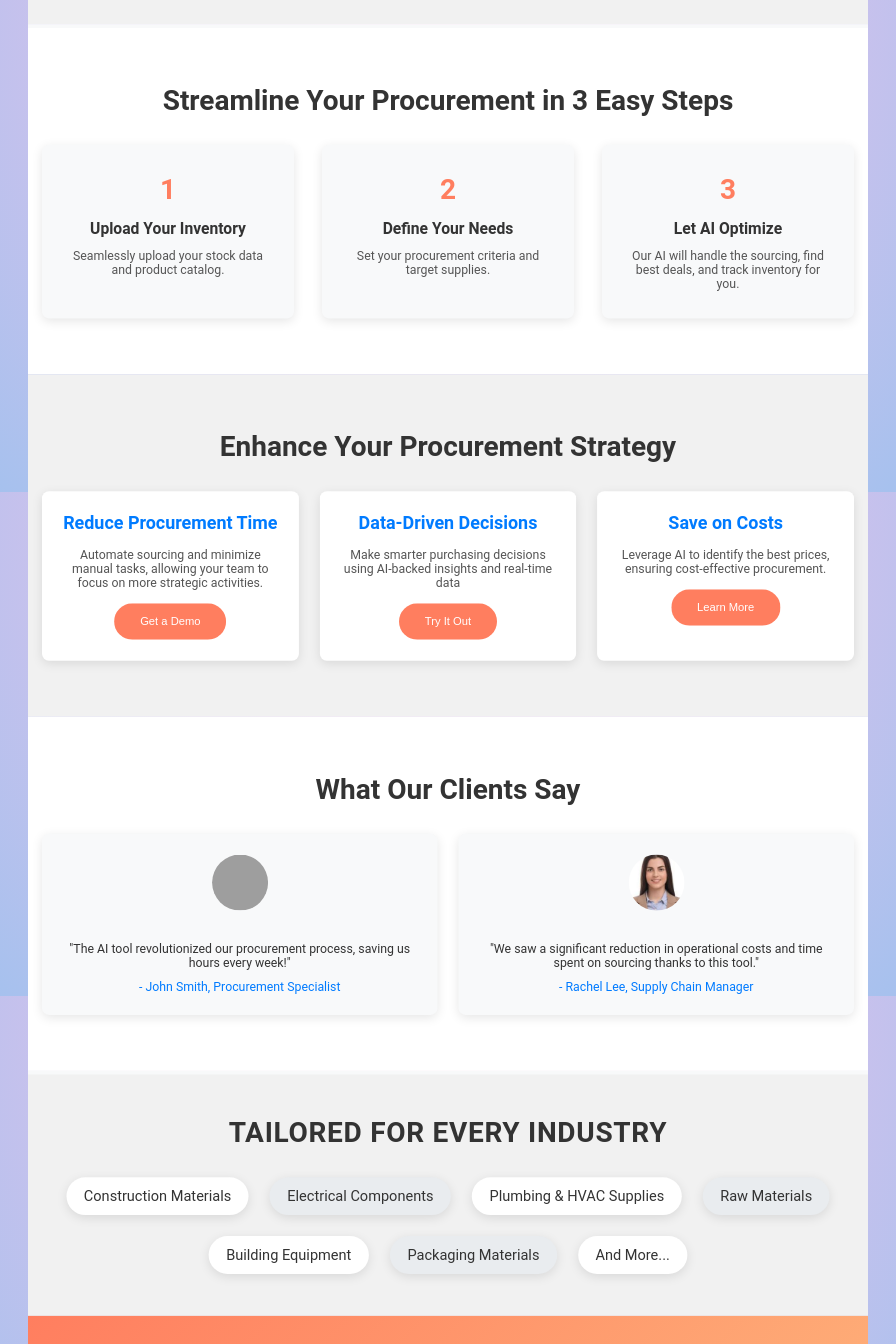
Repository: aabhashbasnet/SSNCorporation
Page: /who-we-serve/suppliers
An editor plug-in stored every save of this project. The page is shown before and after the next save, followed by the edit.
The browser window is 1280 px wide. The pictures show the part of the page from y = 737 to 2657 px (the page is 2902 px tall before and 2813 px after), at 70% of full size.
Pictures or frames that could not be fetched are drawn as grey boxes. The project was rebuilt for these pictures with package versions that can differ from the ones it lists, and the page was loaded fresh each time. Also part of the build but not shown: src/components/Main/Main.jsx, src/components/Working/Working.css, src/components/Working/Working.jsx, src/components/Footer/Footer.jsx, src/pages/OurMission/OurMission.jsx, src/pages/LoginSignUp/LoginSignUp.css, src/pages/LoginSignUp/LoginSignUp.jsx, src/pages/Industries/Industries.jsx and 8 more.

Above is the page before, as saved 2025-02-11 13:46:24.

### src/index.css
/* index.css or App.css */
body {
  margin: 0;
  padding: 0;
  font-family: 'Poppins', sans-serif; /* Optional: Add modern typography */
  /* background: linear-gradient(to bottom, #0a192f, #162447); */
  /* background: linear-gradient(to bottom, #0a192f, #004aad); */
  /* background: radial-gradient(circle at top, #00c6ff, #0072ff, #0a192f);
  background: radial-gradient(circle at top, #ff7e5f, #feb47b, #f4f4f4);
  background: radial-gradient(circle at top, #6a11cb, #2575fc);
  background: radial-gradient(circle at top, #ff416c, #ff4b2b); */
  background: radial-gradient(circle at top, #fbc2eb, #a6c1ee);
  /* color: white; Ensures text is readable */
  min-height: 100vh;
}

### src/App.css
.app-container {
  min-height: 100vh;
  display: flex;
  flex-direction: column;
  background-size: cover;
  background-position: center;
}

### src/components/Main/Main.css
/* Ensure the main content takes up the remaining spaces */
html, body {
  height: 100%;
  margin: 0;
}

/* Main content styling */
.main-content {
  padding: 50px 20px;
  text-align: center; /* Center align the content */
  min-height: calc(100vh - 80px); /* Adjust height to fill the remaining space after navbar */
  display: flex;
  flex-direction: column;
  justify-content: center;
  align-items: center; /* Ensure content is centered horizontally */
}

/* Headline styling */
.headline {
  font-family: Verdana, Geneva, Tahoma, sans-serif;
  font-size: 72px; /* Increased font size */
  font-weight: bold;
  color: #333; /* Dark color for readability */
  margin-bottom: 20px;
  line-height: 1.2;
  white-space: normal; /* Allow line breaks */
  display: inline-block; /* Make it an inline-block element */
  max-width: 90%; /* Set a max-width for better control */
}

/* Description styling */
.description {
  font-size: 18px;
  font-weight: bolder;
  color: white; /* Slightly lighter color */
  max-width: 800px; /* Set max-width to avoid overly long lines */
  margin: 0 auto; /* Center align */
  line-height: 1.6;
}

.instant {
  color: red;
}

/* Button container styling */
.button-container {
  display: flex;
  gap: 20px; /* Add space between buttons */
  justify-content: center;
  margin-top: 20px;
  flex-wrap: wrap; /* Ensure buttons wrap on small screens */
  align-items: center; /* Center the buttons */
}

/* Button base styling */
.button {
  padding: 12px 30px;
  font-size: 16px;
  font-weight: bold;
  border: none;
  border-radius: 5px;
  cursor: pointer;
  transition: transform 0.3s ease, background-color 0.3s ease;
  display: inline-block;
}

/* Default button styling (for both buttons) */
.button:hover {
  transform: translateY(-3px);
}

/* "Get Started" button styling */
.button.primary {
  background-color: #007bff; /* Blue color */
  color: white;
  font-size: larger;
}

.button.primary:hover {
  background-color: #0056b3; /* Darker blue on hover */
}

/* "Connect with Us" button styling */
.button.connect {
  background-color: #28a745; /* Green color */
  color: white;
}

.button.connect:hover {
  background-color: #218838; /* Darker green on hover */
}

/* Add some responsive styling */
@media (max-width: 768px) {
  .headline {
    font-size: 48px; /* Adjust the headline font size on mobile */
  }

  .description {
    font-size: 16px; /* Adjust description font size on mobile */
    padding: 0 20px; /* Add padding on sides for better readability */
  }

  .button-container {
    flex-direction: column; /* Stack buttons on mobile */
    align-items: center; /* Center align the buttons */
  }

  .button {
    width: 100%; /* Make buttons full width on small screens */
    max-width: 300px; /* Set a maximum width for buttons */
    margin: 10px 0; /* Add margin for space between buttons */
  }
}

### src/components/Footer/Footer.css
.footer {
    background-color: #333;
    background: #2c3e50; /* Dark blue/gray */
    background: radial-gradient(circle at top, #333, #555);
    background: radial-gradient(circle at top, #4b0082, #2c003e);
    background: radial-gradient(circle at top, #2a2a2a, #3b3b3b);
    background: radial-gradient(circle at top, #2a2a2a, #4e4e4e);

    color: white;
    padding: 30px;
  }

  .footer-content {
    display: flex;
    flex-wrap: wrap;
    justify-content: space-around;
    max-width: 1200px;
    margin: 0 auto;
  }

  .footer-section {
    flex: 1 1 30%;
    margin-bottom: 20px;
    text-align: center;
  }

  .logo {
    width: 120px;
    height: auto;
    margin-bottom: 15px;
  }

  .social-links {
    display: flex;
    justify-content: center; /* Center social icons */
    gap: 20px;
  }

  .social-icon {
    font-size: 28px;
    color: white;
    transition: color 0.3s ease;
  }

  .social-icon:hover {
    color: #0e76a8;
  }


  .footer-section h4 {
    font-size: 1.5rem; /* Use rem for scalable font sizes */
    font-weight: bold;
    margin-bottom: 10px;
    color: rgb(11, 240, 11);
    text-transform: uppercase;
  }
  .footer-nav {
    list-style: none;
    padding: 0;
    margin: 0;
  }

  .footer-nav li {
    margin-bottom: 10px;
  }

  .footer-nav a {
    font-size: 1rem;
    color: hsl(0, 0%, 100%);
    text-decoration: none;
    transition: color 0.3s ease;
  }

  .footer-nav a:hover {
    color: #0e76a8;
  }

  .newsletter {
    display: flex;
    flex-direction: column; /* Stack input and button */
    align-items: center; /* Center content horizontally */
  }

  .email-input {
    padding: 10px;
    border: 1px solid #fff;
    border-radius: 5px;
    width: 80%; /* Make input responsive */
    margin-bottom: 10px;
    background-color: #444;
    color: white;
  }

  .subscribe-button {
    padding: 10px 20px;
    background-color: #d31b1b;
    color: white;
    border: none;
    border-radius: 5px;
    cursor: pointer;
    transition: background-color 0.3s ease;
    width: 80%; /* Make button responsive */
  }

  .subscribe-button:hover {
    background-color: #b91b1b;
  }

  @media screen and (max-width: 768px) {
    .footer-section {
      flex: 1 1 100%; /* Each section takes full width on mobile */
      margin-bottom: 20px; /* Add space between sections */
    }

    .newsletter {
      flex-direction: column; /* Stack input and button vertically */
      align-items: center; /* Center the content horizontally */
    }

    .email-input,
    .subscribe-button {
      width: 100%; /* Full width input and button */
    }

    .footer-nav li {
      margin-bottom: 5px; /* Reduce margin between links */
    }
  }

### src/pages/Industries/Industries.css
/* Import Poppins font */
@import url('https://fonts.googleapis.com/css2?family=Poppins:wght@700&display=swap');

.industries-container {
  padding: 5rem 1rem;
}

.industries-title {
  font-family: Arial, Helvetica, sans-serif;
  text-align: center;
  font-size: 2.9rem;
  color: #1f2937;
  margin-bottom: 1rem;
  font-weight: 1000;
}

.industries-subtitle {
  text-align: center;
  color: #4b5563;
  font-size: 1.125rem;
  max-width: 800px;
  margin: 0 auto 3rem;
  line-height: 1.6;
}

.industries-grid {
  display: grid;
  gap: 2rem;
  grid-template-columns: 1fr;
}

.industry-card {
  background: white;
  padding: 2.5rem;
  border-radius: 1rem;
  box-shadow: 0 4px 6px -1px rgba(0, 0, 0, 0.1);
  transition: transform 0.3s ease, box-shadow 0.3s ease;
}

.industry-card:hover {
  transform: translateY(-5px);
  box-shadow: 0 10px 15px -3px rgba(0, 0, 0, 0.1);
}

.icon-container {
  width: 60px;
  height: 60px;
  border-radius: 50%;
  display: flex;
  align-items: center;
  justify-content: center;
  margin-bottom: 1.5rem;
}

.industry-icon {
  font-size: 2.5rem;
  color: white;
}

.industry-title {
  color: #1f2937;
  font-size: 1.5rem;
  margin: 1.5rem 0 1rem;
  font-weight: 600;
}

.industry-description {
  color: #4b5563;
  line-height: 1.6;
  margin-bottom: 1.5rem;
}

.learn-more-btn {
  color: #3b82f6;
  text-decoration: none;
  font-weight: 500;
  display: inline-flex;
  align-items: center;
  gap: 0.5rem;
  transition: color 0.3s ease;
}

.learn-more-btn:hover {
  color: #2563eb;
}

@media (min-width: 768px) {
  .industries-grid {
    grid-template-columns: repeat(2, 1fr);
  }
}

@media (min-width: 1024px) {
  .industries-grid {
    grid-template-columns: repeat(4, 1fr);
  }

  .industries-title {
    font-size: 3rem;
  }

  .industries-subtitle {
    font-size: 1.25rem;
  }
}

### src/pages/Industries/FacilitiesMaintainance.css
/* Reset and base styles */
* {
  margin: 0;
  padding: 0;
  box-sizing: border-box;
}

body {
  background-color: #f5f7fa;
}

/* General section styling */
section {
  padding: 4rem 2rem;
  max-width: 1200px;
  margin: 0 auto;
}

/* Overview section */
.overview-section {
  display: flex;
  gap: 3rem;
  align-items: center;
  min-height: 80vh;
  background: linear-gradient(135deg, #e8f4fd 0%, #f5f7fa 100%);
  border-radius: 20px;
  margin: 2rem auto;
}

.overview-text {
  flex: 1;
}

.overview-text h1 {
  font-size: 3rem;
  margin-bottom: 1.5rem;
  color: #2c3e50;
  line-height: 1.2;
  font-weight: 700;
}

.overview-text p {
  font-size: 1.1rem;
  line-height: 1.6;
  color: #5a6c7d;
  margin-bottom: 1.5rem;
}

.overview-image {
  flex: 1;
  position: relative;
}

.overview-image img {
  width: 100%;
  height: auto;
  border-radius: 15px;
  box-shadow: 0 20px 40px rgba(0, 0, 0, 0.1);
}

/* Features and Benefits section */
.features-benefits {
  background: linear-gradient(135deg, #f5f7fa 0%, #e8f4fd 100%);
  text-align: center;
  padding: 5rem 2rem;
  border-radius: 20px;
  margin: 2rem auto;
}

.features-benefits h2 {
  font-size: 2.5rem;
  color: #2c3e50;
  margin-bottom: 3rem;
  font-weight: 700;
}

.feature-card {
  background: rgba(255, 255, 255, 0.9);
  padding: 2rem;
  border-radius: 10px;
  box-shadow: 0 10px 20px rgba(0, 0, 0, 0.05);
  transition: transform 0.3s ease;
  text-align: center;
}

.feature-card:hover {
  transform: translateY(-5px);
  background: rgba(255, 255, 255, 0.95);
  box-shadow: 0 15px 30px rgba(0, 0, 0, 0.1);
}

.feature-card i {
  font-size: 2.5rem;
  margin-bottom: 1rem;
}

.feature-card h3 {
  font-size: 1.5rem;
  color: #2c3e50;
  margin-bottom: 1rem;
  font-weight: 600;
}

.feature-card p {
  color: #5a6c7d;
  line-height: 1.5;
}

/* CTA section */
.cta-section {
  text-align: center;
  background: linear-gradient(135deg, #3498db, #2980b9);
  color: white;
  border-radius: 15px;
  margin: 2rem auto;
  padding: 4rem 2rem;
  box-shadow: 0 15px 30px rgba(41, 128, 185, 0.2);
}

.cta-section h2 {
  font-size: 2.5rem;
  margin-bottom: 1.5rem;
  font-weight: 700;
}

.cta-section p {
  font-size: 1.2rem;
  margin-bottom: 2rem;
  max-width: 600px;
  margin-left: auto;
  margin-right: auto;
  line-height: 1.6;
}

.cta-button {
  display: inline-block;
  padding: 1rem 2rem;
  font-size: 1.2rem;
  font-weight: 600;
  text-decoration: none;
  color: white;
  background: linear-gradient(135deg, #28a745, #218838);
  border-radius: 30px;
  transition: all 0.3s ease;
  cursor: pointer;
  border: 2px solid transparent;
  box-shadow: 0 4px 15px rgba(40, 167, 69, 0.2);
}

.cta-button:hover {
  transform: scale(1.05);
  box-shadow: 0 6px 20px rgba(40, 167, 69, 0.3);
  background: linear-gradient(135deg, #218838, #28a745);
  color: white;
  border-color: rgba(255, 255, 255, 0.2);
}

/* Responsive Design */
@media (max-width: 1024px) {
  .features-grid {
      grid-template-columns: repeat(2, 1fr);
  }
}

@media (max-width: 768px) {
  .overview-section {
      flex-direction: column;
      text-align: center;
  }

  .overview-text h1 {
      font-size: 2.5rem;
  }

  .features-grid {
      grid-template-columns: 1fr;
  }

  .cta-section h2 {
      font-size: 2rem;
  }
}

@media (max-width: 480px) {
  section {
      padding: 2rem 1rem;
  }

  .overview-text h1 {
      font-size: 2rem;
  }

  .features-benefits h2 {
      font-size: 2rem;
  }

  .feature-card {
      margin: 0;
  }

  .cta-button {
      width: 90%;
      max-width: 300px;
  }
}

### src/pages/WhoWeServe/Suppliers.css
/* Supplier Section Styles */
.supplier-section {
  font-family: 'Roboto', sans-serif;
  color: #333;
  margin: 0;
  padding: 0;
  box-sizing: border-box;
}

/* Hero Section */
.supplier-section .hero {
  background: linear-gradient(135deg, #1e3c72, #2a5298);
  color: #fff;
  padding: 100px 20px;
  text-align: center;
  border-bottom: 5px solid #f8f9fa;
}

.supplier-section .hero .hero-content h1 {
  font-size: 3rem;
  font-weight: 700;
  margin-bottom: 20px;
  line-height: 1.2;
}

.supplier-section .hero .hero-content p {
  font-size: 1.2rem;
  margin-bottom: 30px;
  opacity: 0.8;
}

.supplier-section .hero .hero-buttons {
  display: flex;
  justify-content: center;
  gap: 20px;
}

.supplier-section .hero .cta-demo,
.supplier-section .hero .cta-experience {
  background-color: #ff7e5f;
  color: white;
  border: none;
  padding: 15px 40px;
  font-size: 1rem;
  font-weight: 600;
  border-radius: 50px;
  cursor: pointer;
  transition: all 0.3s ease;
  border: 2px solid transparent;
}

.supplier-section .hero .cta-demo:hover,
.supplier-section .hero .cta-experience:hover {
  background-color: #feb47b;
  border: 2px solid #ff7e5f;
}

/* Challenges Section */
.supplier-section .challenges {
  background-color: #f1f1f1;
  padding: 60px 20px;
  text-align: center;
}

.supplier-section .challenges h2 {
  font-size: 2.5rem;
  font-weight: 600;
  color: #333;
  margin-bottom: 30px;
}

.supplier-section .challenges p {
  font-size: 1.15rem;
  color: #555;
  max-width: 800px;
  margin: 0 auto;
}

/* Process Section */
.supplier-section .process {
  padding: 80px 20px;
  background-color: #fff;
  text-align: center;
  border-top: 5px solid #f8f9fa;
}

.supplier-section .process h2 {
  font-size: 2.5rem;
  color: #333;
  margin-bottom: 40px;
  font-weight: 600;
}

.supplier-section .process .steps {
  display: grid;
  grid-template-columns: repeat(auto-fill, minmax(280px, 1fr));
  gap: 40px;
  justify-items: center;
}

.supplier-section .process .step {
  background-color: #f8f9fa;
  padding: 40px;
  border-radius: 10px;
  box-shadow: 0 4px 15px rgba(0, 0, 0, 0.1);
  text-align: center;
  transition: transform 0.3s ease, box-shadow 0.3s ease;
}

.supplier-section .process .step:hover {
  transform: translateY(-10px);
  box-shadow: 0 6px 20px rgba(0, 0, 0, 0.1);
}

.supplier-section .process .step-number {
  font-size: 2.5rem;
  font-weight: bold;
  color: #ff7e5f;
  margin-bottom: 20px;
}

.supplier-section .process .step h3 {
  font-size: 1.4rem;
  color: #333;
  margin-bottom: 15px;
}

.supplier-section .process .step p {
  font-size: 1.1rem;
  color: #555;
}

/* Benefits Section */
.supplier-section .benefits {
  padding: 80px 20px;
  background-color: #f1f1f1;
  text-align: center;
}

.supplier-section .benefits h2 {
  font-size: 2.5rem;
  color: #333;
  margin-bottom: 40px;
  font-weight: 600;
}

.supplier-section .benefits .benefit-container {
  display: grid;
  grid-template-columns: repeat(auto-fill, minmax(280px, 1fr));
  gap: 30px;
}

.supplier-section .benefits .benefit {
  background-color: #fff;
  padding: 30px;
  border-radius: 10px;
  box-shadow: 0 4px 15px rgba(0, 0, 0, 0.1);
  text-align: center;
  transition: transform 0.3s ease, box-shadow 0.3s ease;
}

.supplier-section .benefits .benefit:hover {
  transform: translateY(-10px);
  box-shadow: 0 6px 20px rgba(0, 0, 0, 0.1);
}

.supplier-section .benefits .benefit h3 {
  font-size: 1.6rem;
  color: #007bff;
  margin-bottom: 20px;
}

.supplier-section .benefits .benefit p {
  font-size: 1.1rem;
  color: #555;
  margin-bottom: 20px;
}

.supplier-section .benefits .cta-demo {
  background-color: #ff7e5f;
  color: white;
  padding: 15px 35px;
  font-size: 1rem;
  border-radius: 50px;
  cursor: pointer;
  border: 2px solid transparent;
  transition: all 0.3s ease;
}

.supplier-section .benefits .cta-demo:hover {
  background-color: #feb47b;
  border: 2px solid #ff7e5f;
}

/* Testimonials Section */
.supplier-section .testimonials {
  padding: 80px 20px;
  background-color: #fff;
  text-align: center;
}

.supplier-section .testimonials h2 {
  font-size: 2.5rem;
  font-weight: 600;
  color: #333;
  margin-bottom: 40px;
}

.supplier-section .testimonials .testimonial-container {
  display: flex;
  justify-content: space-between;
  gap: 30px;
  flex-wrap: wrap;
}

.supplier-section .testimonials .testimonial {
  background-color: #f8f9fa;
  padding: 30px;
  border-radius: 10px;
  box-shadow: 0 4px 15px rgba(0, 0, 0, 0.1);
  flex: 1 1 45%;
  text-align: center;
  transition: transform 0.3s ease, box-shadow 0.3s ease;
}

.supplier-section .testimonials .testimonial:hover {
  transform: translateY(-10px);
  box-shadow: 0 6px 20px rgba(0, 0, 0, 0.1);
}

.supplier-section .testimonials .testimonial-image-container {
  margin-bottom: 20px;
}

.supplier-section .testimonials .testimonial-image {
  width: 80px;
  height: 80px;
  border-radius: 50%;
  object-fit: cover;
  margin-bottom: 20px;
}

.supplier-section .testimonials p {
  font-size: 1.1rem;
  color: #333;
  margin-bottom: 15px;
}

.supplier-section .testimonials span {
  font-size: 1.1rem;
  color: #007bff;
}

/* Categories Section */
/* Categories Section */
.supplier-section .categories {
  padding: 60px 20px;
  background-color: #f1f1f1;
  text-align: center;
  border-top: 5px solid #f8f9fa;
}

.supplier-section .categories h2 {
  font-size: 2.5rem;
  color: #333;
  margin-bottom: 40px;
  font-weight: 600;
  text-transform: uppercase;
  letter-spacing: 1px;
}

.supplier-section .categories ul {
  list-style-type: none;
  padding: 0;
  display: flex;
  flex-wrap: wrap;
  justify-content: center;
  gap: 30px;
}

.supplier-section .categories ul li {
  font-size: 1.3rem;
  color: #333;
  background-color: #fff;
  padding: 15px 25px;
  border-radius: 30px;
  box-shadow: 0 4px 15px rgba(0, 0, 0, 0.1);
  transition: transform 0.3s ease, box-shadow 0.3s ease;
}

.supplier-section .categories ul li:hover {
  transform: translateY(-10px);
  box-shadow: 0 6px 20px rgba(0, 0, 0, 0.1);
  background-color: #ff7e5f;
  color: white;
}

.supplier-section .categories ul li:nth-child(even) {
  background-color: #e9ecef;
}

.supplier-section .categories ul li:nth-child(odd) {
  background-color: #fff;
}

.supplier-section .categories ul li:hover {
  background-color: #feb47b;
}
/* Final CTA Section */
.supplier-section .cta-final {
  padding: 80px 20px;
  text-align: center;
  background: linear-gradient(135deg, #ff7e5f, #feb47b);
  color: white;
}

.supplier-section .cta-final h2 {
  font-size: 2.5rem;
  font-weight: 600;
  margin-bottom: 30px;
}

.supplier-section .cta-final .cta-buttons {
  display: flex;
  justify-content: center;
  gap: 20px;
}

.supplier-section .cta-final .cta-demo,
.supplier-section .cta-final .cta-free {
  background-color: #007bff;
  color: white;
  border: none;
  padding: 15px 35px;
  font-size: 1rem;
  border-radius: 50px;
  cursor: pointer;
  transition: all 0.3s ease;
}

.supplier-section .cta-final .cta-demo:hover,
.supplier-section .cta-final .cta-free:hover {
  background-color: #0056b3;
}

Loaded but not shown: public/index.html (common file); src/index.js (common file); src/reportWebVitals.js (common file); src/App.js (63 lines, source omitted); src/components/FloatingChatButton/FloatingChatButton.jsx (177 lines, source omitted); src/components/FloatingChatButton/FloatingChatButton.css (285 lines, source omitted); src/components/Navbar/Navbar.jsx (138 lines, source omitted); src/pages/WhoWeServe/Suppliers.jsx (136 lines, source omitted); src/components/Navbar/Navbar.css (231 lines, source omitted); src/pages/Industries/Paving.css (214 lines, source omitted); src/pages/Industries/Landscaping.css (213 lines, source omitted); src/pages/OurMission/OurMission.css (228 lines, source omitted); src/pages/Industries/GeneralConstruction.css (205 lines, source omitted); src/pages/WhoWeServe/Contractors.jsx (no stored copy; drawn as an empty file); src/pages/WhoWeServe/SubContractors.jsx (no stored copy; drawn as an empty file)

After the next save:
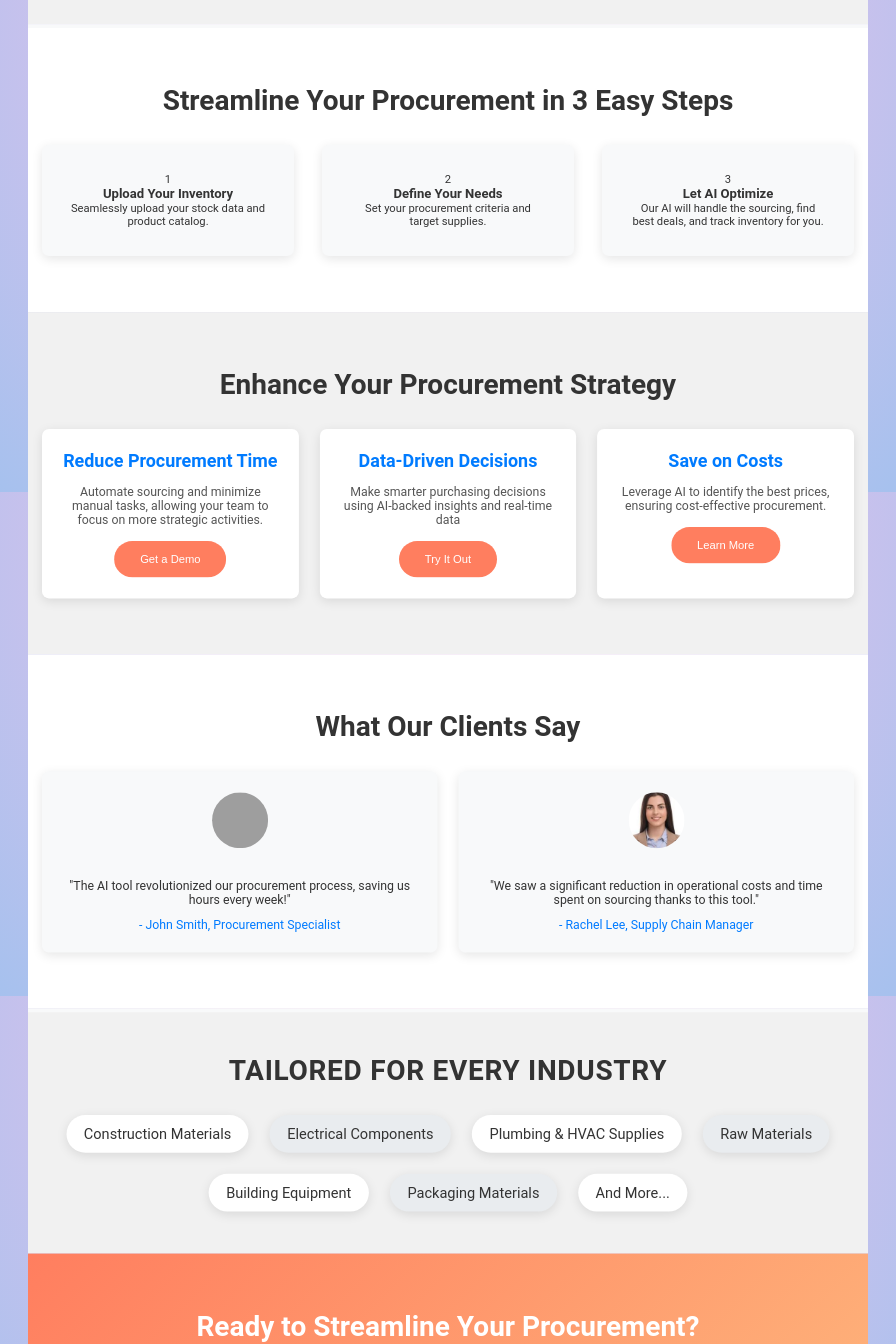
Saved 76 s later.
--- a/src/pages/WhoWeServe/Suppliers.css
+++ b/src/pages/WhoWeServe/Suppliers.css
@@ -14,6 +14,7 @@
   padding: 100px 20px;
   text-align: center;
   border-bottom: 5px solid #f8f9fa;
+  animation: fadeIn 1.5s ease-in-out;
 }
 
 .supplier-section .hero .hero-content h1 {
@@ -21,18 +22,21 @@
   font-weight: 700;
   margin-bottom: 20px;
   line-height: 1.2;
+  animation: slideUp 1s ease-out;
 }
 
 .supplier-section .hero .hero-content p {
   font-size: 1.2rem;
   margin-bottom: 30px;
   opacity: 0.8;
+  animation: fadeIn 1.5s ease-in-out;
 }
 
 .supplier-section .hero .hero-buttons {
   display: flex;
   justify-content: center;
   gap: 20px;
+  animation: fadeIn 2s ease-in-out;
 }
 
 .supplier-section .hero .cta-demo,
@@ -53,6 +57,7 @@
 .supplier-section .hero .cta-experience:hover {
   background-color: #feb47b;
   border: 2px solid #ff7e5f;
+  transform: translateY(-5px);
 }
 
 /* Challenges Section */
@@ -60,6 +65,7 @@
   background-color: #f1f1f1;
   padding: 60px 20px;
   text-align: center;
+  animation: fadeIn 2s ease-in-out;
 }
 
 .supplier-section .challenges h2 {
@@ -82,6 +88,7 @@
   background-color: #fff;
   text-align: center;
   border-top: 5px solid #f8f9fa;
+  animation: fadeInUp 2s ease-in-out;
 }
 
 .supplier-section .process h2 {
@@ -105,29 +112,12 @@
   box-shadow: 0 4px 15px rgba(0, 0, 0, 0.1);
   text-align: center;
   transition: transform 0.3s ease, box-shadow 0.3s ease;
+  animation: fadeInUp 2s ease-out;
 }
 
 .supplier-section .process .step:hover {
   transform: translateY(-10px);
   box-shadow: 0 6px 20px rgba(0, 0, 0, 0.1);
-}
-
-.supplier-section .process .step-number {
-  font-size: 2.5rem;
-  font-weight: bold;
-  color: #ff7e5f;
-  margin-bottom: 20px;
-}
-
-.supplier-section .process .step h3 {
-  font-size: 1.4rem;
-  color: #333;
-  margin-bottom: 15px;
-}
-
-.supplier-section .process .step p {
-  font-size: 1.1rem;
-  color: #555;
 }
 
 /* Benefits Section */
@@ -190,6 +180,7 @@
 .supplier-section .benefits .cta-demo:hover {
   background-color: #feb47b;
   border: 2px solid #ff7e5f;
+  transform: translateY(-5px);
 }
 
 /* Testimonials Section */
@@ -251,7 +242,6 @@
   color: #007bff;
 }
 
-/* Categories Section */
 /* Categories Section */
 .supplier-section .categories {
   padding: 60px 20px;
@@ -286,6 +276,7 @@
   border-radius: 30px;
   box-shadow: 0 4px 15px rgba(0, 0, 0, 0.1);
   transition: transform 0.3s ease, box-shadow 0.3s ease;
+  animation: fadeIn 1.5s ease-out;
 }
 
 .supplier-section .categories ul li:hover {
@@ -306,12 +297,14 @@
 .supplier-section .categories ul li:hover {
   background-color: #feb47b;
 }
+
 /* Final CTA Section */
 .supplier-section .cta-final {
   padding: 80px 20px;
   text-align: center;
   background: linear-gradient(135deg, #ff7e5f, #feb47b);
   color: white;
+  animation: fadeIn 1.5s ease-in-out;
 }
 
 .supplier-section .cta-final h2 {
@@ -341,4 +334,35 @@
 .supplier-section .cta-final .cta-demo:hover,
 .supplier-section .cta-final .cta-free:hover {
   background-color: #0056b3;
-}
+  transform: translateY(-5px);
+}
+
+/* Key Animations */
+@keyframes fadeIn {
+  from {
+    opacity: 0;
+  }
+  to {
+    opacity: 1;
+  }
+}
+
+@keyframes fadeInUp {
+  from {
+    opacity: 0;
+    transform: translateY(30px);
+  }
+  to {
+    opacity: 1;
+    transform: translateY(0);
+  }
+}
+
+@keyframes slideUp {
+  from {
+    transform: translateY(30px);
+  }
+  to {
+    transform: translateY(0);
+  }
+}
